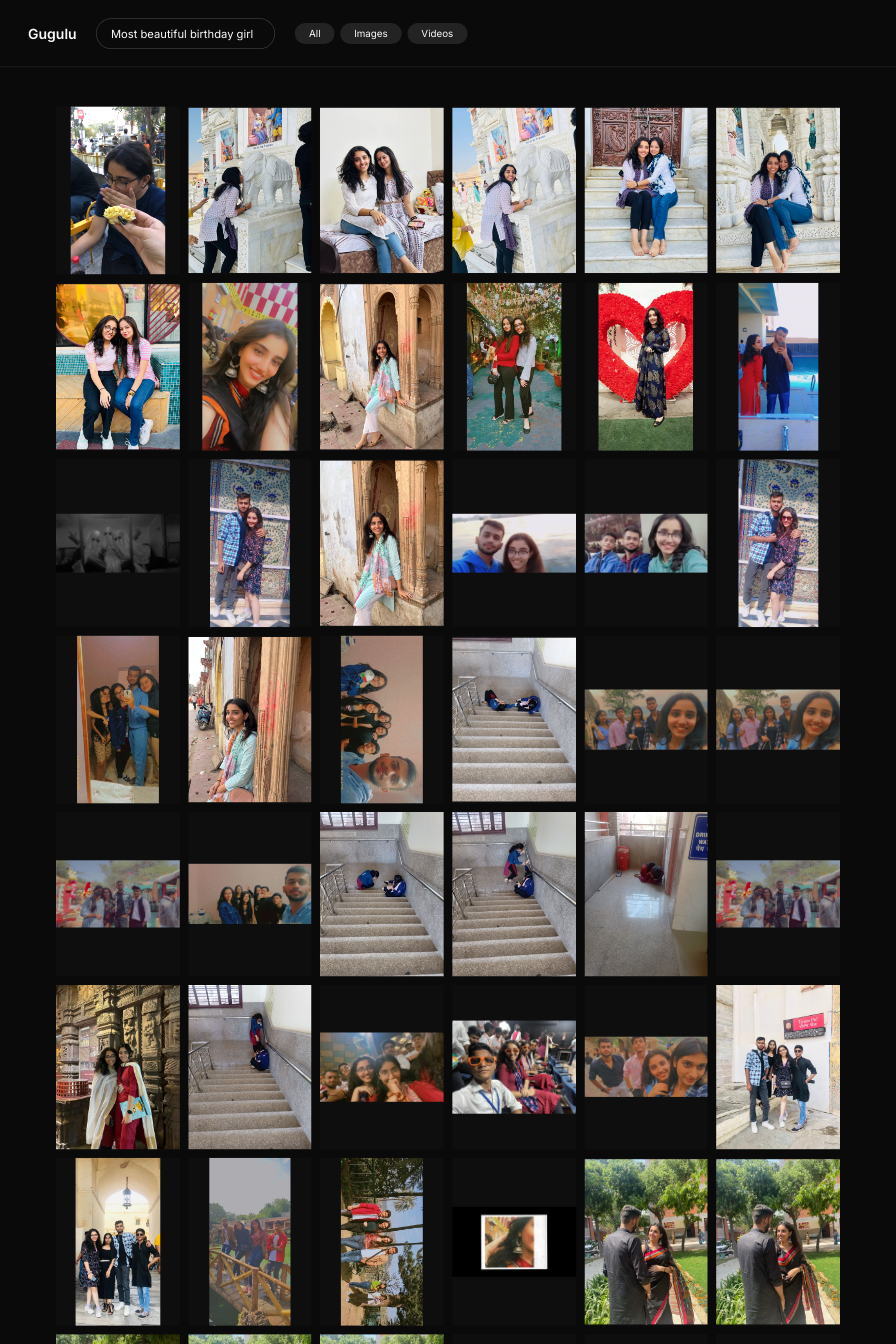
Repository: Harshgoel17/anshfinal
Page: /srishti/images
An editor plug-in stored every save of this project. The page is shown before and after the next save, followed by the edit.
The browser window is 1280 px wide. The pictures show the part of the page from y = 0 to 1920 px (the page is 3962 px tall), at 70% of full size.
The project was rebuilt for these pictures with package versions that can differ from the ones it lists, and the page was loaded fresh each time. The framework's server and built-in components were replaced by stand-ins that run in the browser. Also part of the build but not shown: next.config.js, lib/utils.js, components/ui/button.jsx.

Above is the page before, as saved 2023-10-06 18:04:01.

### app/layout.js
import "./globals.css";
import { Inter } from "next/font/google";

const inter = Inter({ subsets: ["latin"] });

export const metadata = {
  title: "Gugulu",
  description: "Generated by create next app",
};

export default function RootLayout({ children }) {
  return (
    <html lang="en">
      <body className={inter.className}>{children}</body>
    </html>
  );
}

### app/srishti/images/page.jsx
import Navbar from '@/components/Navbar';
import React from 'react';

const Page = () => {
  const imageList = Array.from({ length: 90 }, (_, index) => index + 1); // Generate numbers from 1 to 90

  return (
    <div className='overflow-x-hidden'>
      <Navbar />

      <div className='py-14 px-4 lg:px-20 grid grid-cols-2 lg:grid-cols-6 w-full gap-3 overflow-x-hidden'>
        {imageList.map((imageNumber) => (
          <span
            key={imageNumber}
            className='bg-neutral-900/30 w-full min-h-32 max-h-60 overflow-hidden flex items-center justify-center'
          >
            <img src={`/images/${imageNumber}.jpg`} alt={`Image ${imageNumber}`} className='max-h-60' />
          </span>
        ))}
      </div>
    </div>
  );
};

export default Page;

### app/globals.css
@tailwind base;
@tailwind components;
@tailwind utilities;

@layer base {
  :root {
    --background: 0 0% 3.9%;
    --foreground: 0 0% 98%;

    --card: 0 0% 3.9%;
    --card-foreground: 0 0% 98%;

    --popover: 0 0% 3.9%;
    --popover-foreground: 0 0% 98%;

    --primary: 0 0% 98%;
    --primary-foreground: 0 0% 9%;

    --secondary: 0 0% 14.9%;
    --secondary-foreground: 0 0% 98%;

    --muted: 0 0% 14.9%;
    --muted-foreground: 0 0% 63.9%;

    --accent: 0 0% 14.9%;
    --accent-foreground: 0 0% 98%;

    --destructive: 0 62.8% 30.6%;
    --destructive-foreground: 0 0% 98%;

    --border: 0 0% 14.9%;
    --input: 0 0% 14.9%;
    --ring: 0 0% 83.1%;
  }

  .dark {
    --background: 0 0% 3.9%;
    --foreground: 0 0% 98%;

    --card: 0 0% 3.9%;
    --card-foreground: 0 0% 98%;

    --popover: 0 0% 3.9%;
    --popover-foreground: 0 0% 98%;

    --primary: 0 0% 98%;
    --primary-foreground: 0 0% 9%;

    --secondary: 0 0% 14.9%;
    --secondary-foreground: 0 0% 98%;

    --muted: 0 0% 14.9%;
    --muted-foreground: 0 0% 63.9%;

    --accent: 0 0% 14.9%;
    --accent-foreground: 0 0% 98%;

    --destructive: 0 62.8% 30.6%;
    --destructive-foreground: 0 0% 98%;

    --border: 0 0% 14.9%;
    --input: 0 0% 14.9%;
    --ring: 0 0% 83.1%;
  }
}

@layer base {
  * {
    @apply border-border;
  }
  body {
    @apply bg-background text-foreground;
  }
}

### components/Navbar.jsx
import React from 'react'
import { Button } from "@/components/ui/button";

const Navbar = () => {
  return (
    <div className='flex h-24 w-screen items-center justify-between border-b px-2 lg:px-10'>
        <div className='flex gap-7 items-center'>
            <h1 className='text-xl font-semibold hidden lg:block'>Gugulu</h1>
            <input type="text" className="bg-background border border-foreground/20 rounded-full h-11 w-[20vw] px-5" value={'Most beautiful birthday girl'}/>

            <div className='flex items-center justify-center gap-2 text-sm'>
                <a href='/srishti' className='rounded-full bg-foreground/10 px-5 py-[5px] cursor-pointer'>All</a>
                <a href='/srishti/images' className='rounded-full bg-foreground/10 px-5 py-[5px] cursor-pointer'>Images</a>
                <a href='/srishti/videos' className='rounded-full bg-foreground/10 px-5 py-[5px] cursor-pointer'>Videos</a>
                {/*  */}
            </div>
        </div>
        {/* <div className='flex items-center gap-6'>
            <Button variant="outline" className="rounded-xl" >Sign In</Button>
        </div> */}
    </div>
  )
}

export default Navbar

Loaded but not shown: tailwind.config.js (common file)

After the next save:
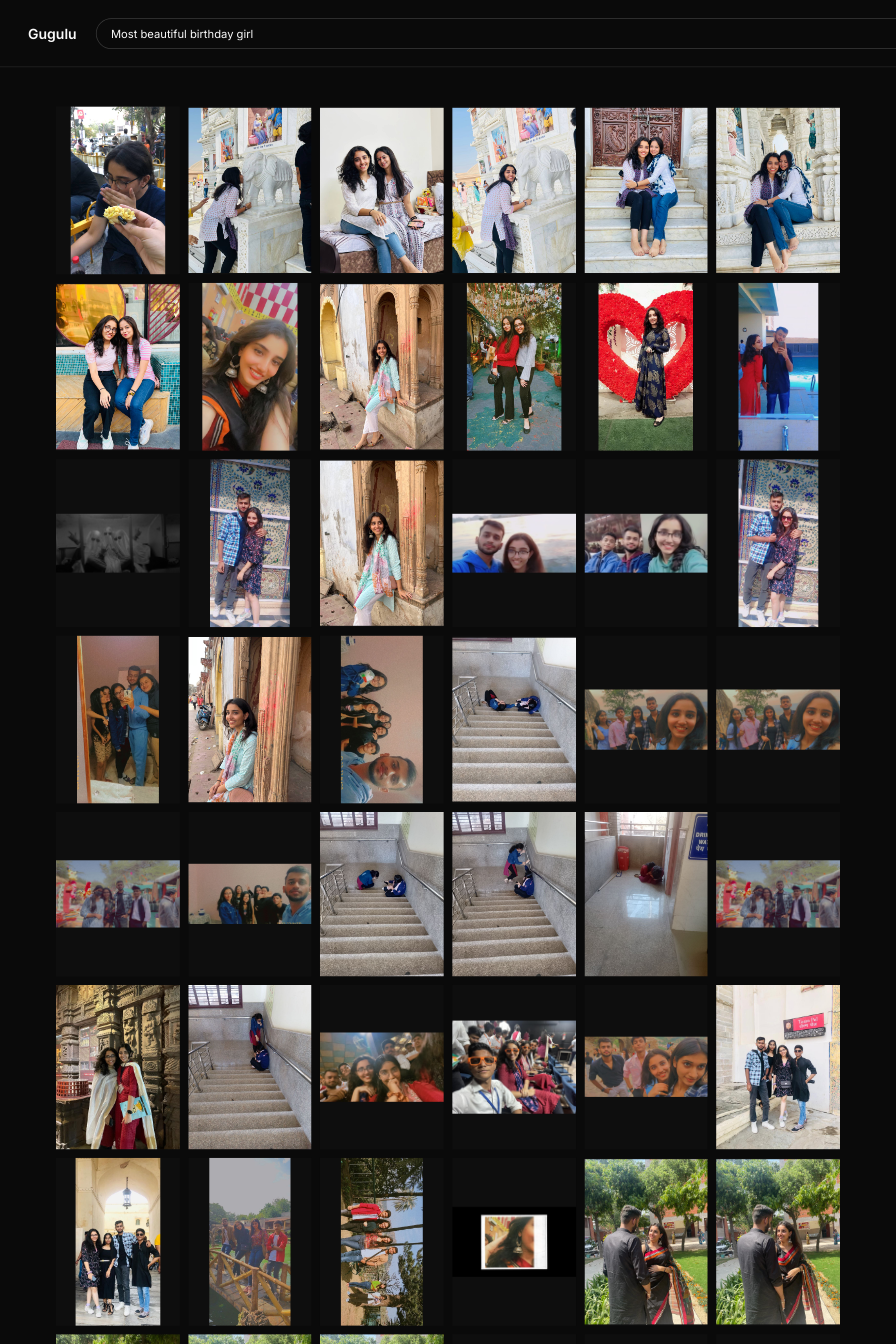
Saved 15 s later.
--- a/components/Navbar.jsx
+++ b/components/Navbar.jsx
@@ -6,7 +6,7 @@ const Navbar = () => {
     <div className='flex h-24 w-screen items-center justify-between border-b px-2 lg:px-10'>
         <div className='flex gap-7 items-center'>
             <h1 className='text-xl font-semibold hidden lg:block'>Gugulu</h1>
-            <input type="text" className="bg-background border border-foreground/20 rounded-full h-11 w-[20vw] px-5" value={'Most beautiful birthday girl'}/>
+            <input type="text" className="bg-background border border-foreground/20 rounded-full h-11 w-[100vw] px-5" value={'Most beautiful birthday girl'}/>
 
             <div className='flex items-center justify-center gap-2 text-sm'>
                 <a href='/srishti' className='rounded-full bg-foreground/10 px-5 py-[5px] cursor-pointer'>All</a>
